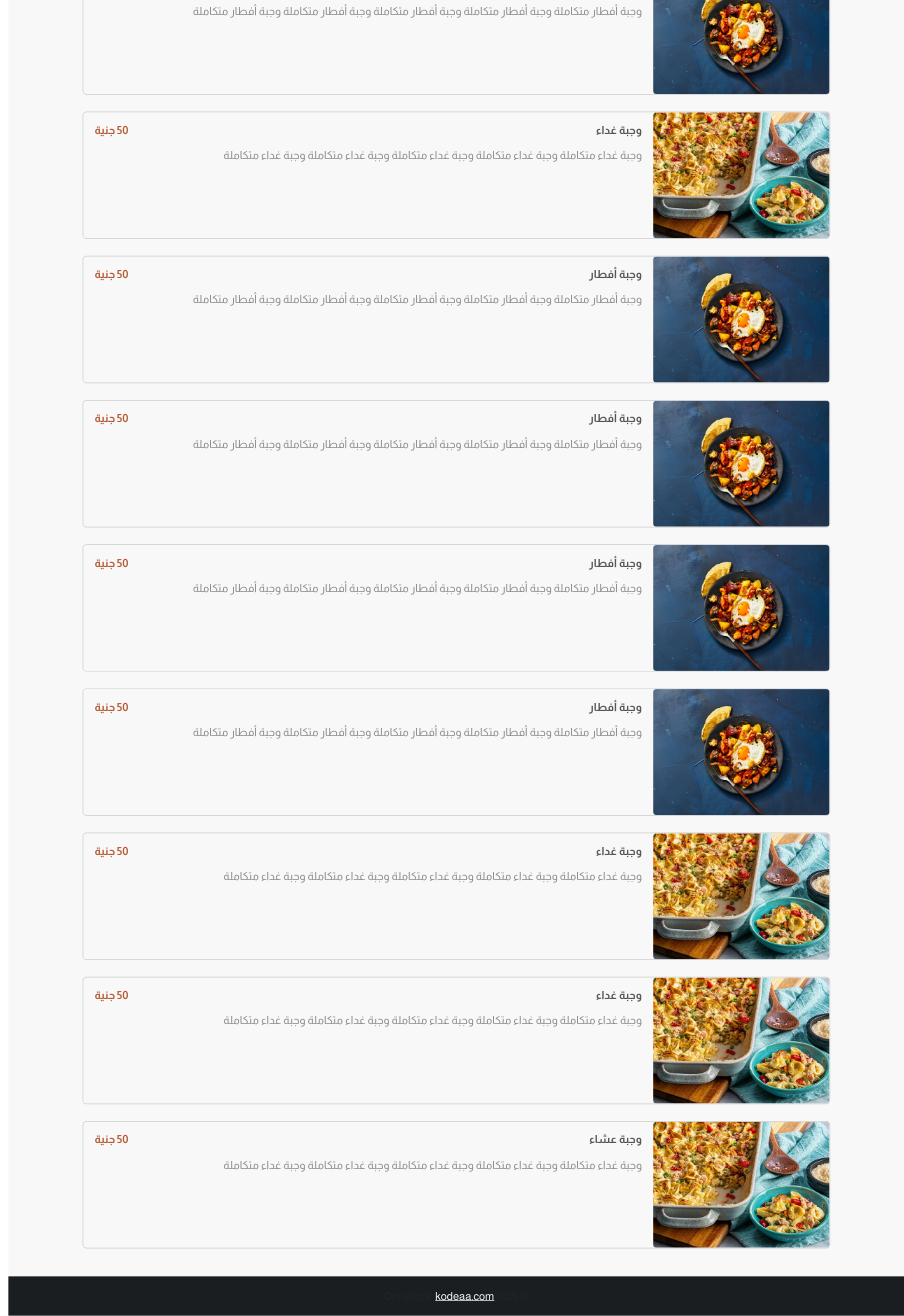
Repository: kerlos-alfy/Restaurant-Menu
Page: /
The author's editor kept a copy of each file at every save. The page is drawn from the files as they stood at one save, then again after the next save.
The browser window is 1280 px wide. The page is 1292 px wide, so the pictures cover 1292 px, including what lies to the right of the window. The pictures show the part of the page from y = 1148 to 3028 px (the page is 3028 px tall), at 70% of full size.
Some web fonts or font styles are not loaded; a fallback is used. The project was rebuilt for these pictures with package versions that can differ from the ones it lists, and the page was loaded fresh each time. Also part of the build but not shown: vite.config.js, src/App.css.

Above is the page before, as saved 2024-12-27 02:16:52.

After the next save:
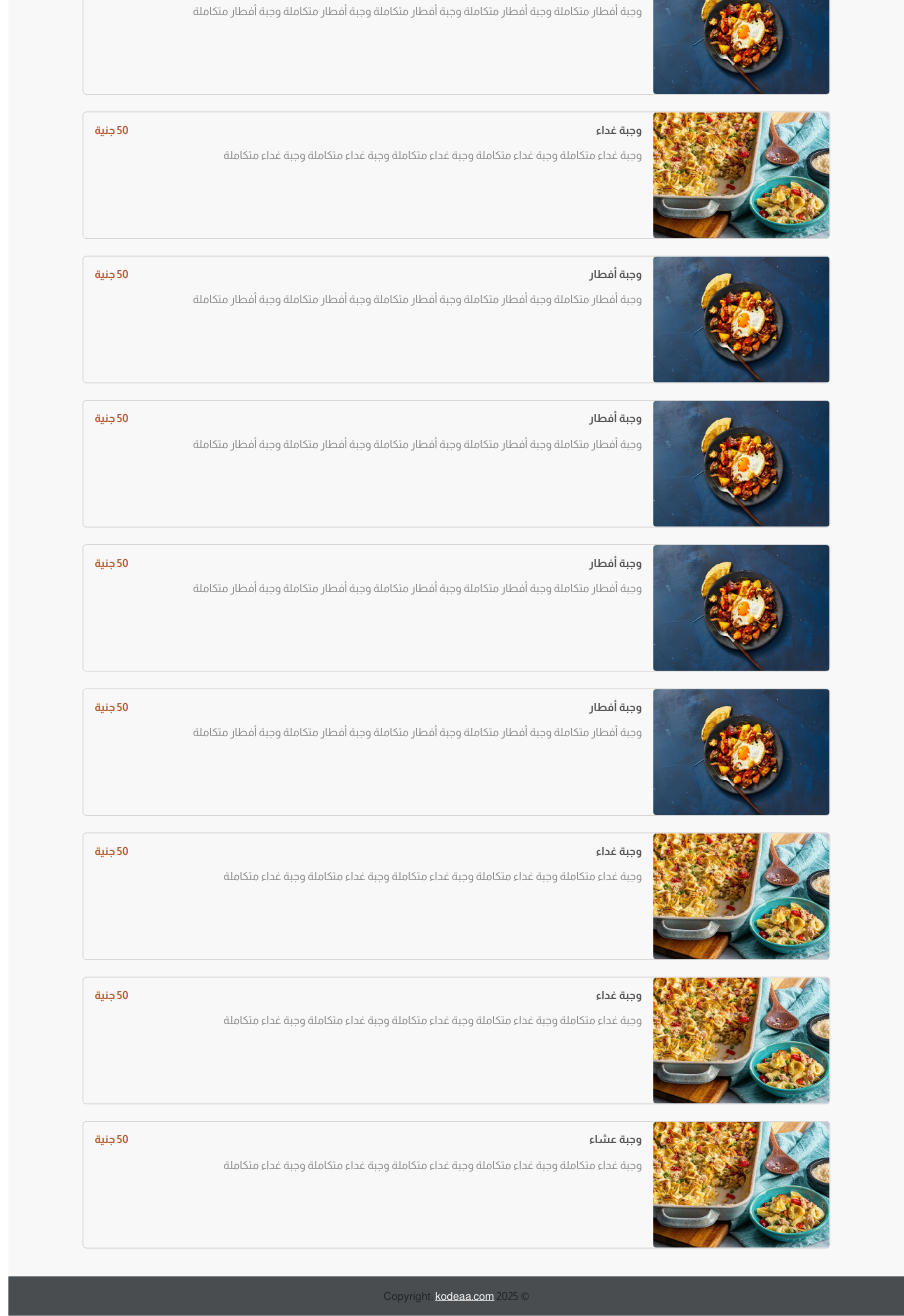
Saved 7 s later.
--- a/src/components/Footer.jsx
+++ b/src/components/Footer.jsx
@@ -2,7 +2,7 @@ import { MDBFooter } from "mdb-react-ui-kit";
 const Footer = () => {
 	return (
 		<MDBFooter className="text-center text-lg-left bg-dark">
-			<div className="text-center p-3" style={{ backgroundColor: "rgba(0, 0, 0, 0.2)" }}>
+			<div className="text-center p-3" style={{ backgroundColor: "rgba(236, 236, 236, 0.2)" }}>
 				&copy; 2025 Copyright:{" "}
 				<a className="text-light" href="https://kodeaa.com/">
 					kodeaa.com
